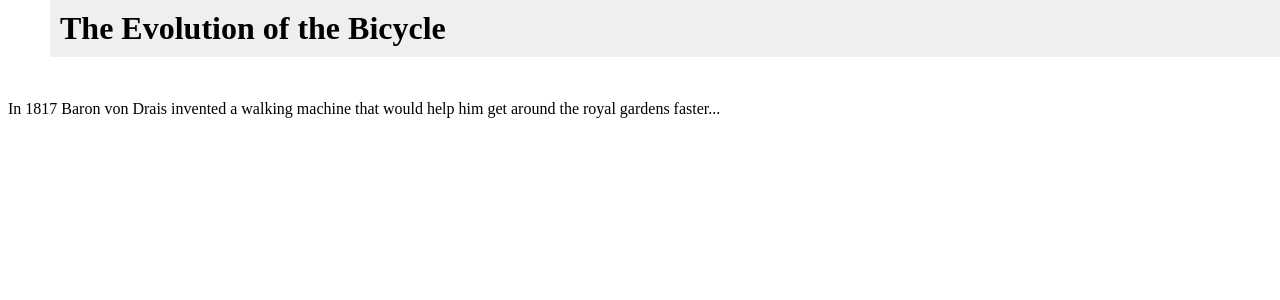
Repository: Helianthusss/Learn-CPP
Page: HTML/lap2/bai4.html
These files come from the project's save history. The page is drawn as it stood at one moment and after the next save; the edit follows.
The browser window is 1280 px wide. The pictures show the whole page.

Above is the page before, as saved 2021-09-22 15:31:09.

### HTML/lap2/bai4.html
<!DOCTYPE html>
<html lang="en">
  <head>
    <meta charset="UTF-8" />
    <meta http-equiv="X-UA-Compatible" content="IE=edge" />
    <meta name="viewport" content="width=device-width, initial-scale=1.0" />
    <title>Document</title>
    <style>
      h1 {
        position: fixed;
        top: 0px;
        left: 50px;
        padding: 10px;
        margin: 0px;
        width: 100%;
        background-color: #efefef;
      }
      p.example {
        margin-top: 100px;
      }
    </style>
  </head>
  <body>
    <body>
      <h1>The Evolution of the Bicycle</h1>
      <p class="example">
        In 1817 Baron von Drais invented a walking machine that would help him
        get around the royal gardens faster...
      </p>
    </body>
  </body>
</html>

After the next save:
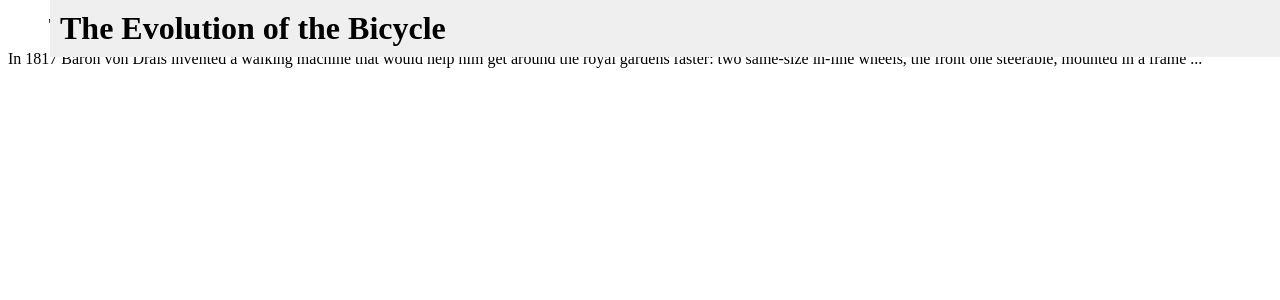
Saved 37 s later.
--- a/HTML/lap2/bai4.html
+++ b/HTML/lap2/bai4.html
@@ -23,9 +23,14 @@
   <body>
     <body>
       <h1>The Evolution of the Bicycle</h1>
-      <p class="example">
+      <blockquote>
+        "Life is like riding a bicycle. To keep your balance you must keep
+        moving." - Albert Einstein
+      </blockquote>
+      <p>
         In 1817 Baron von Drais invented a walking machine that would help him
-        get around the royal gardens faster...
+        get around the royal gardens faster: two same-size in-line wheels, the
+        front one steerable, mounted in a frame ...
       </p>
     </body>
   </body>
